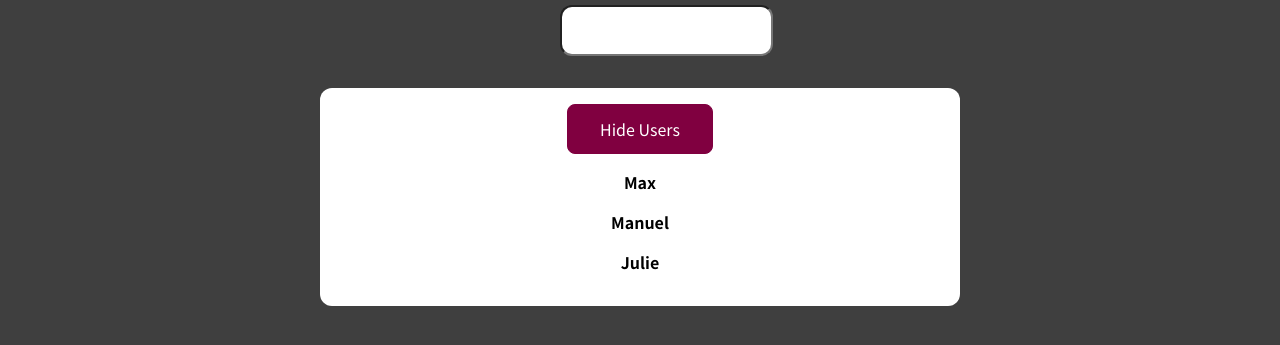
Repository: prathmeshgodbole/React-Class-Based
Page: /
The author's editor kept a copy of each file at every save. The page is drawn from the files as they stood at one save, then again after the next save.
The browser window is 1280 px wide. The pictures show the whole page.
The project was rebuilt for these pictures with package versions that can differ from the ones it lists, and the page was loaded fresh each time.

Above is the page before, as saved 2021-07-15 15:25:15.

After the next save:
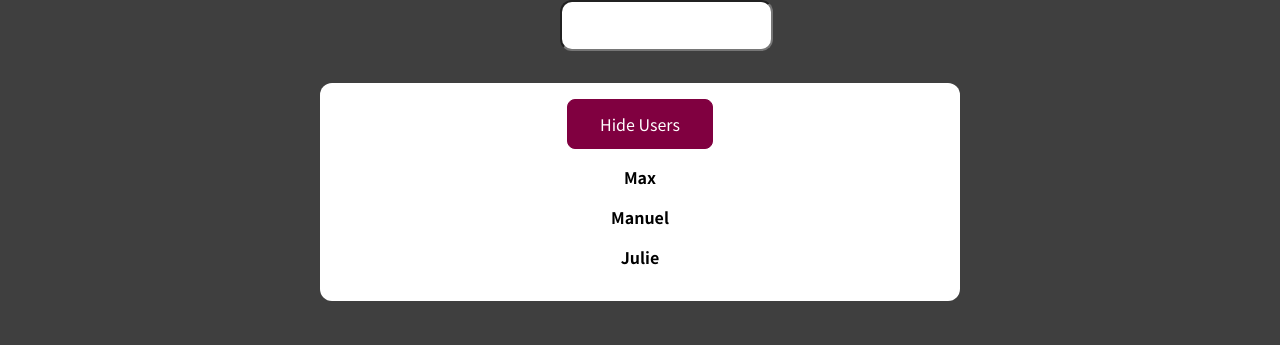
Saved 7 s later.
--- a/src/components/UserFinder.module.css
+++ b/src/components/UserFinder.module.css
@@ -1,5 +1,4 @@
 .finder {
-    margin-top: 5px;
     margin-left: 42em;
     /* margin: 2rem auto; */
     background-color: white;
